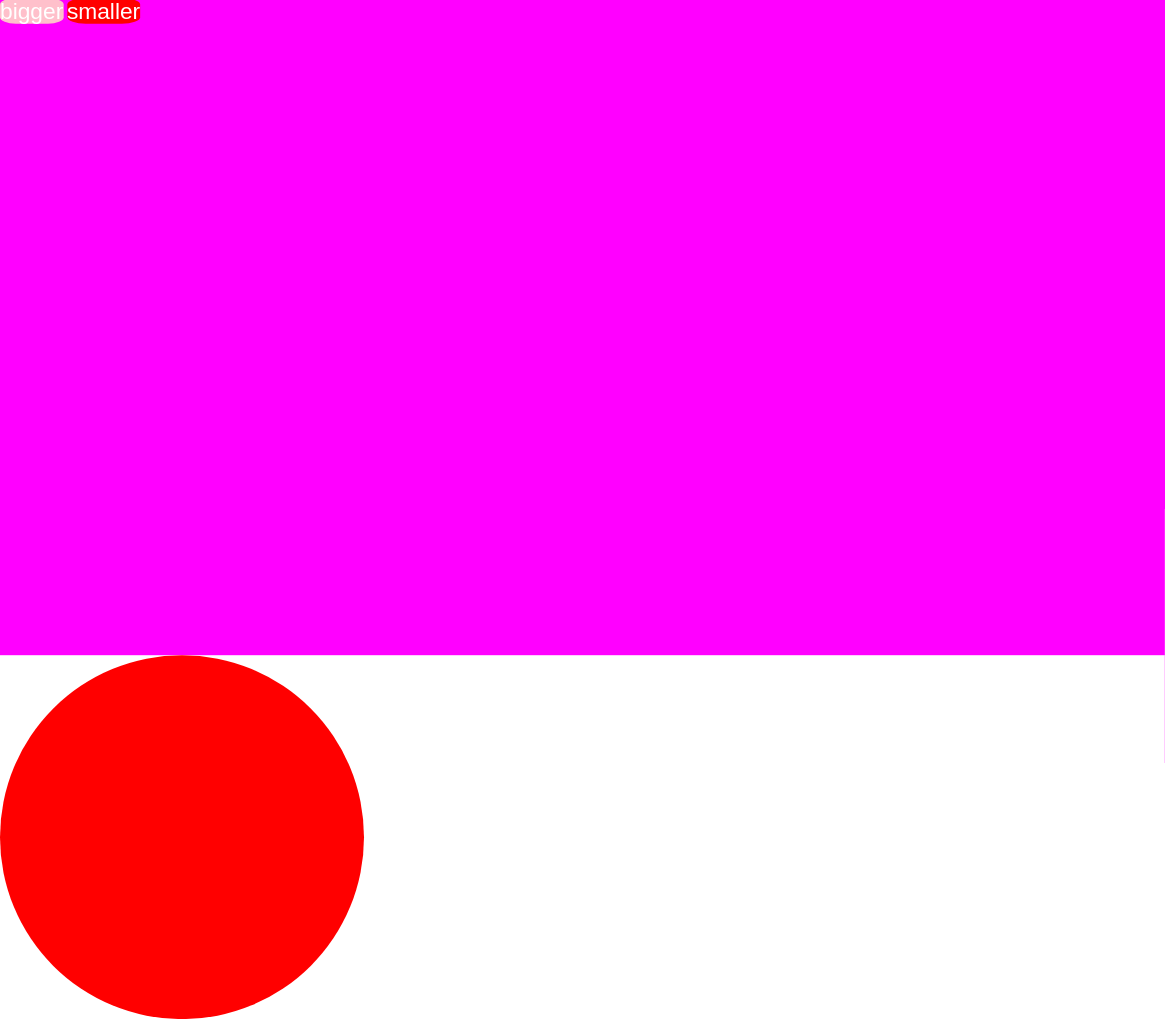
Repository: xuc009/assignment-4
Page: index.html
The author's editor kept a copy of each file at every save. The page is drawn from the files as they stood at one save, then again after the next save.
The browser window is 1280 px wide. The pictures show the whole page, at 91% of full size.

Above is the page before, as saved 2019-11-21 16:31:16.
Console error: SyntaxError: Unexpected token 'var'

### index.html
<!DOCTYPE html>
<html>
<head>
	<meta charset="utf-8">
	<meta name="viewport" content="width=device-width, initial-scale=1, minimum-scale=1.0, user-scalable=no">
	<title>LocalStorage</title>

	<link rel="stylesheet" type="text/css" href="assets/style.css">

</head>
<body>
	<div id="root">
		<div class="button" id="bigger">bigger</div>
		<div class="button" id="smaller">smaller</div>
	</div>
	<div id="circle"></div>
	<script type="text/javascript" src="assets/storageAvailable.js"></script>
	<script type="text/javascript" src="assets/script2.js"></script>
</body>
</html>

### assets/style.css
*{
	padding: 0;
	margin: 0;
}

#root{
	background-color: magenta;
	width: 100vw;
	height: 100vh;
}
.button{
	height: 100px;
	width: 200px;
	text-align: center;
	font-family: Arial;
	line-height: 25px;
	font-size: 25px;
	user-select: none;
	cursor: pointer;
	background-color: red;
	border-radius:25%;
	display: inline;
	color: white;
}
.button:hover{
	background-color: pink;
}
#circle{
	height: 400px;
	width: 400px;
	border-radius: 50%;
	background-color: red;
	z-index: ;
}

### assets/storageAvailable.js
function storageAvailable(type) {
    var storage;
    try {
        storage = window[type];
        var x = '__storage_test__';
        storage.setItem(x, x);
        storage.removeItem(x);
        return true;
    }
    catch(e) {
        return e instanceof DOMException && (
            // everything except Firefox
            e.code === 22 ||
            // Firefox
            e.code === 1014 ||
            // test name field too, because code might not be present
            // everything except Firefox
            e.name === 'QuotaExceededError' ||
            // Firefox
            e.name === 'NS_ERROR_DOM_QUOTA_REACHED') &&
            // acknowledge QuotaExceededError only if there's something already stored
            (storage && storage.length !== 0);
    }
}

### assets/script2.js
console.log("local storage demo file");

var checkForItems = function(){
	if (!storageAvailable('localStorage')){ return; } // if we can use localStorage, don't return


	if(localStorage.getItem('background')){
		// if item exists:
		console.log("yes!")
		var newColor = localStorage.getItem('background');
		// convert item?

		// apply item data to site:
		document.getElementById("root").style.backgroundColor = newColor;

	}
	else{
		console.log("no");
	}
}


var saveUserInfo = function(){

	document.getElementById("root").addEventListener('mouseenter', function(){
		var currentColor = document.getElementById("root").style.backgroundColor;
		currentColor = currentColor.substring(4, currentColor.length-1)
         .replace(/ /g, '')
         .split(',');

		console.log("current color:", currentColor);
		var red = 10
		var green = 10
		var blue = 1-
		var red = currentColor[0];
		red = parseInt(red);
		// console.log("red value:", red);
		// var green = currentColor[1];
		// var blue = currentColor[2];

		var newRed = red + 5;
		var newGreen = green + 5;
		var newBlue = blue + 5;

		var newColor = `rgb(${newRed}, ${newGreen}, ${newBlue})`

		// var newColor = `rgb(${newRed}, ${newGreen}, ${newBlue})`
		// save or overwrite item:
		localStorage.setItem('background', newColor);

		// update site:
		document.getElementById("root").style.backgroundColor= newColor;
	})


}


// once content has been loaded
window.addEventListener('DOMContentLoaded', function(){
	checkForItems();
	saveUserInfo(); // run saving user info
});

After the next save:
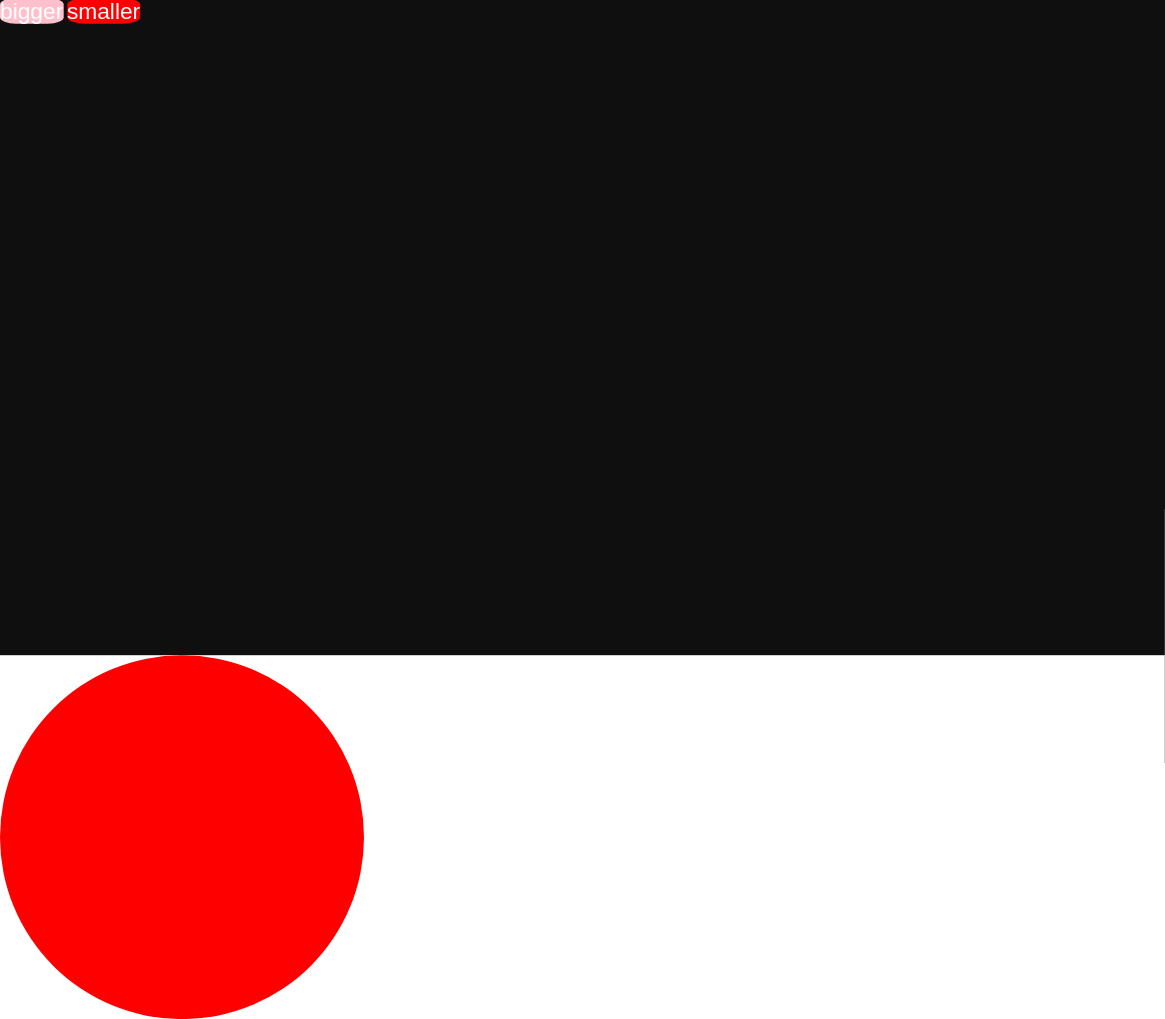
The error is gone.
Saved 17 s later.
--- a/assets/script2.js
+++ b/assets/script2.js
@@ -31,8 +31,8 @@ var saveUserInfo = function(){
 		console.log("current color:", currentColor);
 		var red = 10
 		var green = 10
-		var blue = 1-
-		var red = currentColor[0];
+		var blue = 10
+		// var red = currentColor[0];
 		red = parseInt(red);
 		// console.log("red value:", red);
 		// var green = currentColor[1];
